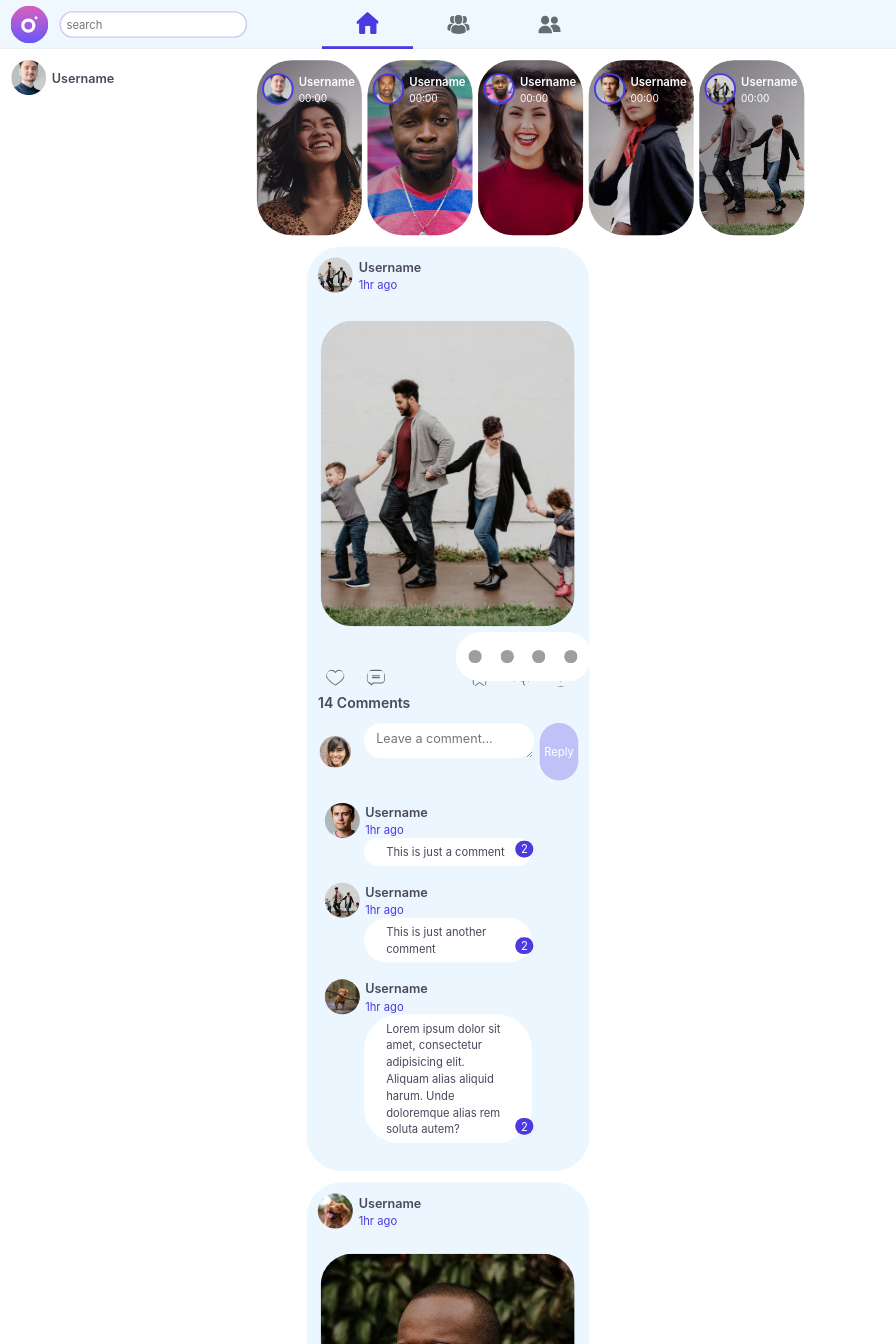
Repository: Flovet-stack/memic
Page: home.html
These files come from the project's save history. The page is drawn as it stood at one moment and after the next save; the edit follows.
The browser window is 1280 px wide. The pictures show the part of the page from y = 0 to 1920 px (the page is 3446 px tall), at 70% of full size.
Pictures or frames that could not be fetched are drawn as grey boxes. Some web fonts or font styles are not loaded; a fallback is used.

Above is the page before, as saved 2020-10-17 19:31:26.
Console error: TypeError: Cannot read properties of undefined (reading 'fn')

After the next save:
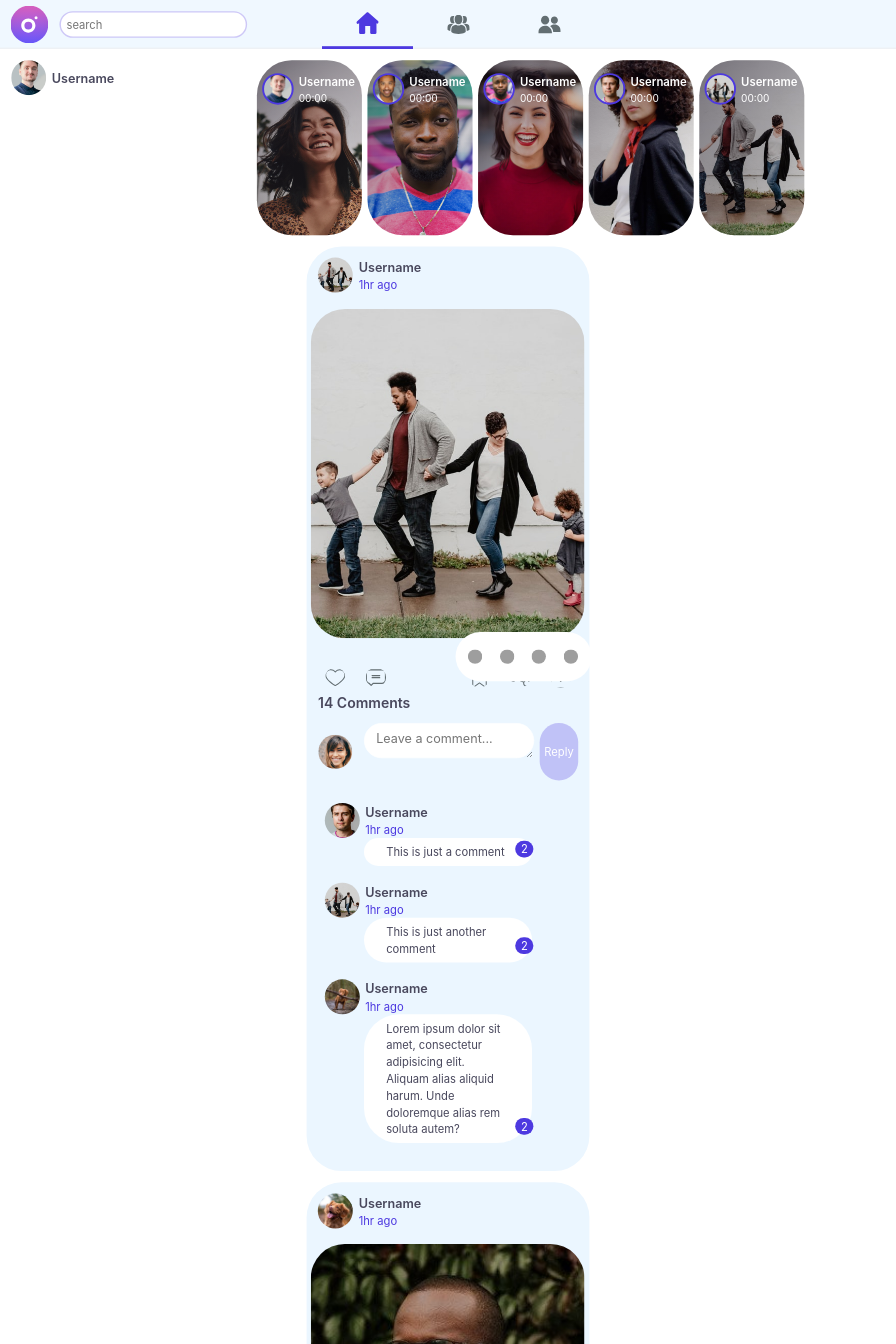
Saved 9 s later.
--- a/css/post-card.css
+++ b/css/post-card.css
@@ -15,7 +15,7 @@
 .post-card img {
     width: 100%;
     /* background-color: var(--transparent-overlay); */
-    transform: scale(.9);
+    transform: scale(.97);
     border-radius: var(--border-radius);
     margin: var(--padding-2) 0;
 }
